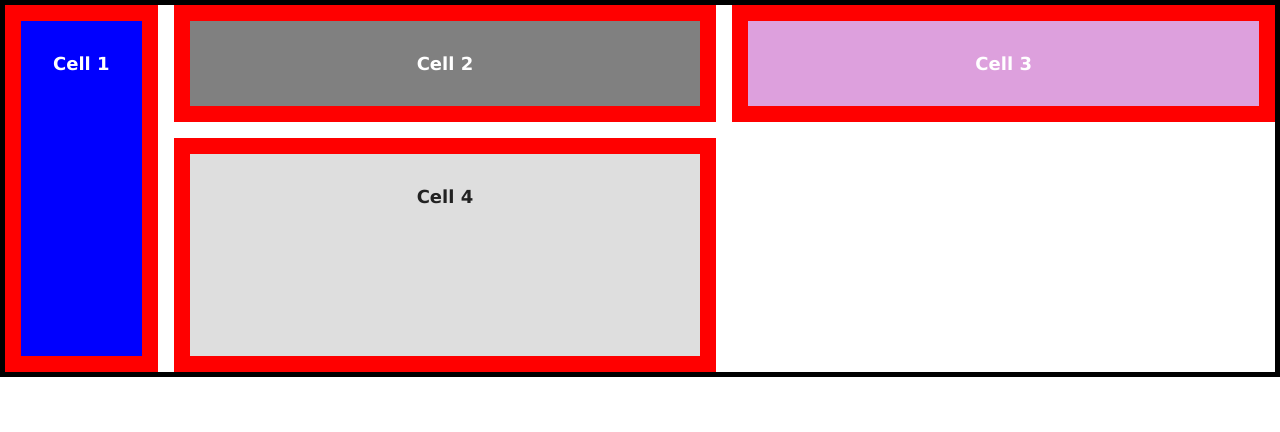
Repository: Ndifoinhilary/css_grid
Page: css-grid-learn/index.html
These files come from the project's save history. The page is drawn as it stood at one moment and after the next save; the edit follows.
The browser window is 1280 px wide. The pictures show the whole page.

Above is the page before, as saved 2024-01-25 02:56:12.

### css-grid-learn/index.html
<!DOCTYPE html>
<html lang="en">
<head>
    <meta charset="UTF-8">
    <meta name="viewport" content="width=device-width, initial-scale=1.0">
    <title>Css grid</title>
    <link rel="stylesheet" href="/css-grid-learn/main.css">
</head>
<body>
    <div class="container">
        <div class="cell class-1  ">cell 1</div>
        <div class="cell class-2">cell 2</div>
        <div class="cell class-3">cell 3</div>
        <div class="cell class-4">cell 4</div>
    </div>
</body>
</html>

### css-grid-learn/main.css
*{
    margin: 0;
    padding: 0;
    box-sizing: border-box;
}

body{
    font-family: Verdana, Geneva, Tahoma, sans-serif;
    color: #222;
}

.container{
    border: 5px solid black;
}

.cell{
    background: #dedede;
    text-transform: capitalize;
    text-align: center;
    font-weight: bold;
    padding: 2rem;
    font-size: large;
    border:1rem solid red;
}

.container{
    display: grid;
    grid-template-columns:1fr 1fr;
    grid-template-rows: 1fr 2fr;
    grid-gap: 1rem;
}


.class-1{
    color: white;
    background: blue;
   grid-row: 1/3;
   grid-column: 1/-4;
}
.class-2{
    color: white;
    background:gray;
}
.class-3{
    color: white;
    background:plum;
}

After the next save:
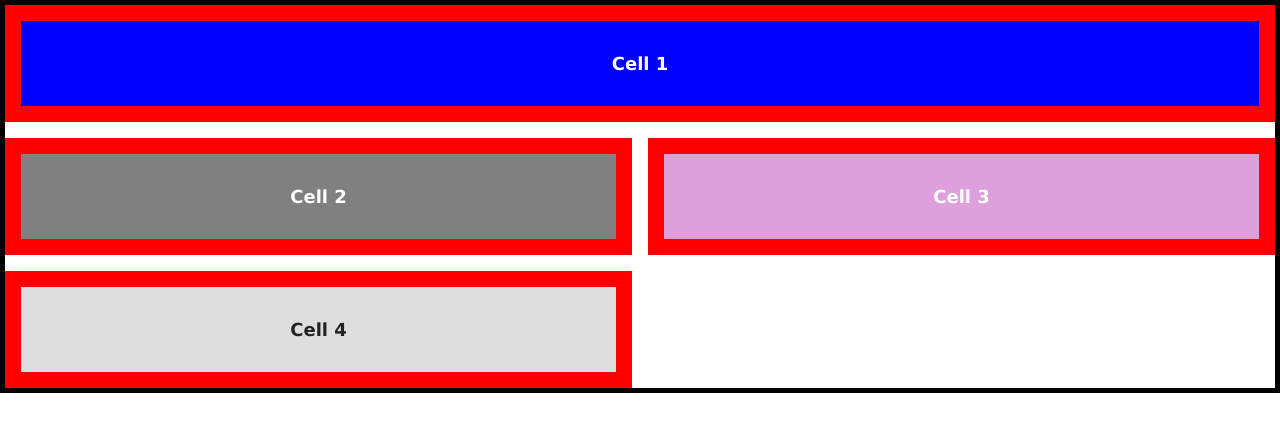
Saved 12 s later.
--- a/css-grid-learn/main.css
+++ b/css-grid-learn/main.css
@@ -35,7 +35,7 @@ body{
     color: white;
     background: blue;
    grid-row: 1/3;
-   grid-column: 1/-4;
+   grid-column: 1/3;
 }
 .class-2{
     color: white;
